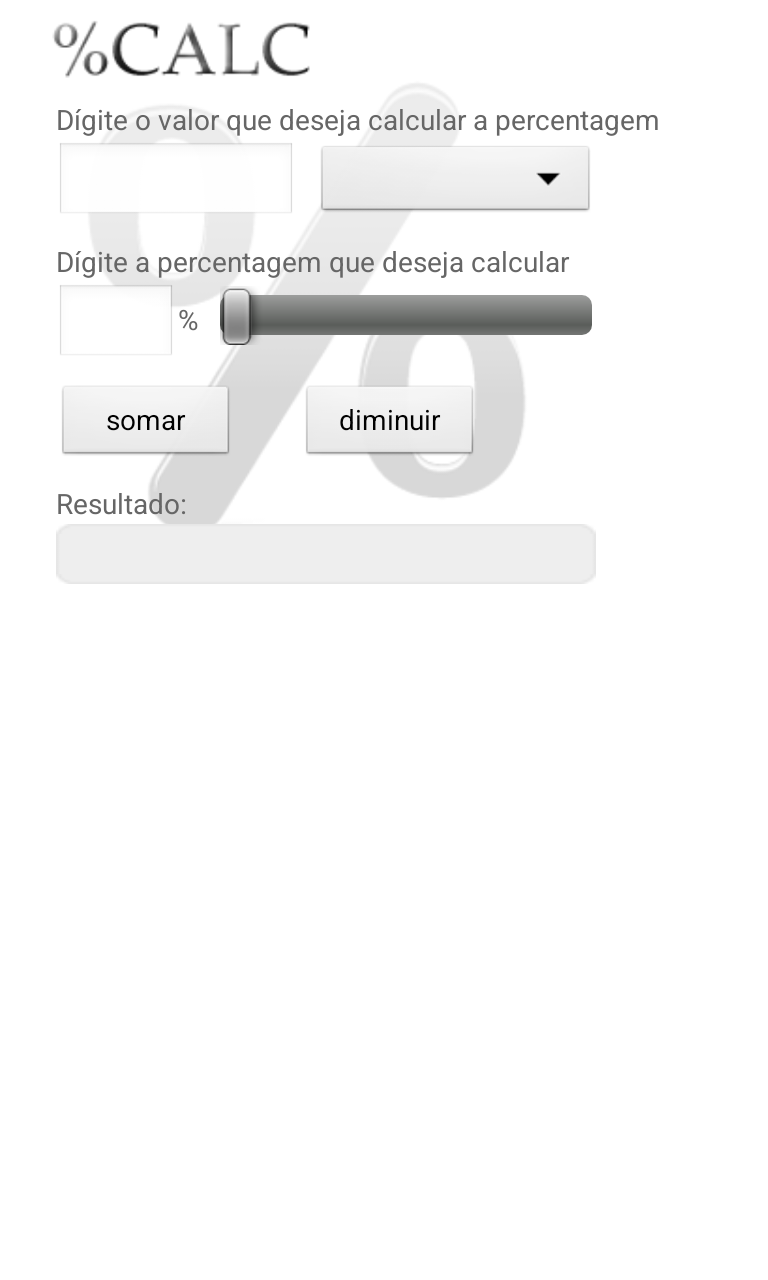
Repository: leoclaro/percentcalc
Layout: CalcularPercentagem/res/layout/main.xml
An editor plug-in stored every save of this project. The layout is shown before and after the next save, followed by the edit.
It is drawn on a 768 x 1280 px phone screen (xhdpi) without system bars, with theme android:Theme; the app's code is not run.

Above is the layout before, as saved 2012-05-10 14:07:51.

After the next save:
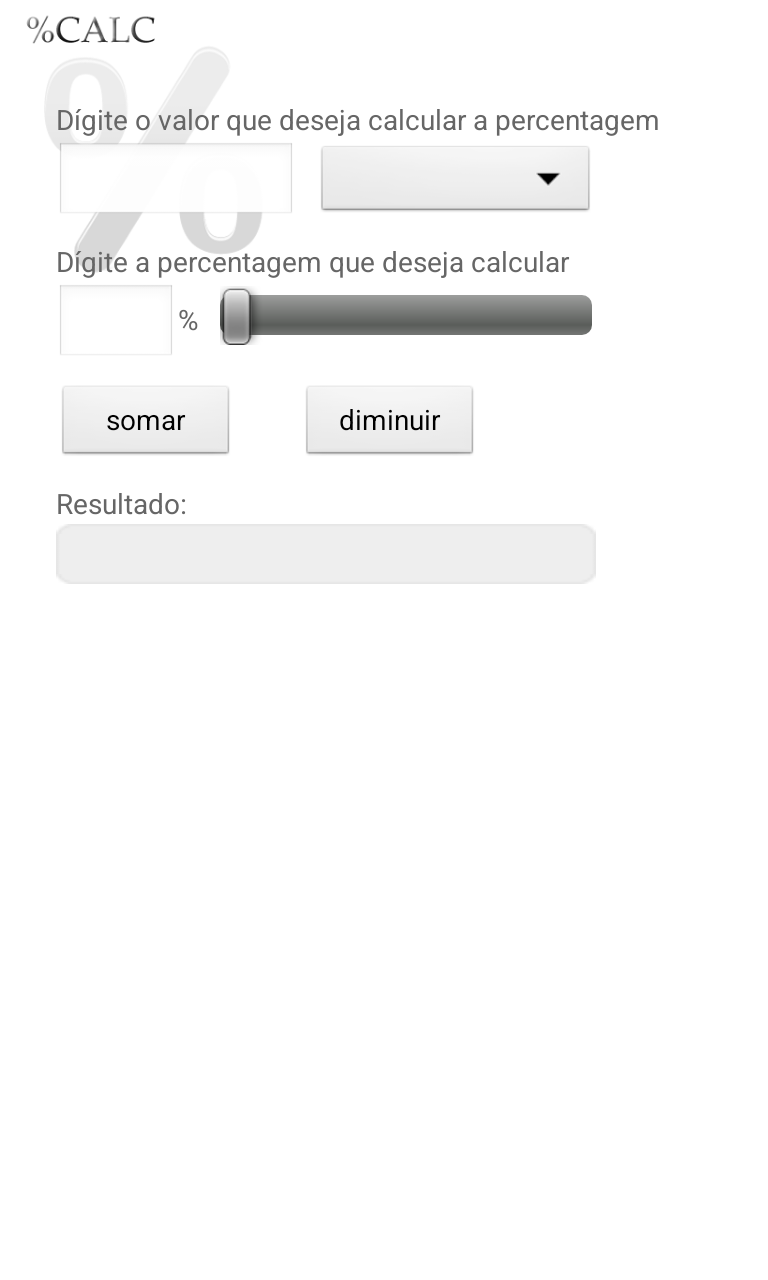
Saved 92 s later.
--- a/CalcularPercentagem/res/layout/main.xml
+++ b/CalcularPercentagem/res/layout/main.xml
@@ -6,8 +6,8 @@
 
     <ImageView
         android:id="@+id/imageViewBG"
-        android:layout_width="300dp"
-        android:layout_height="300dp"
+        android:layout_width="300px"
+        android:layout_height="300px"
         android:layout_marginTop="5dp"
         android:contentDescription="@string/image_bg"
         android:src="@drawable/bg" />

After the save that followed:
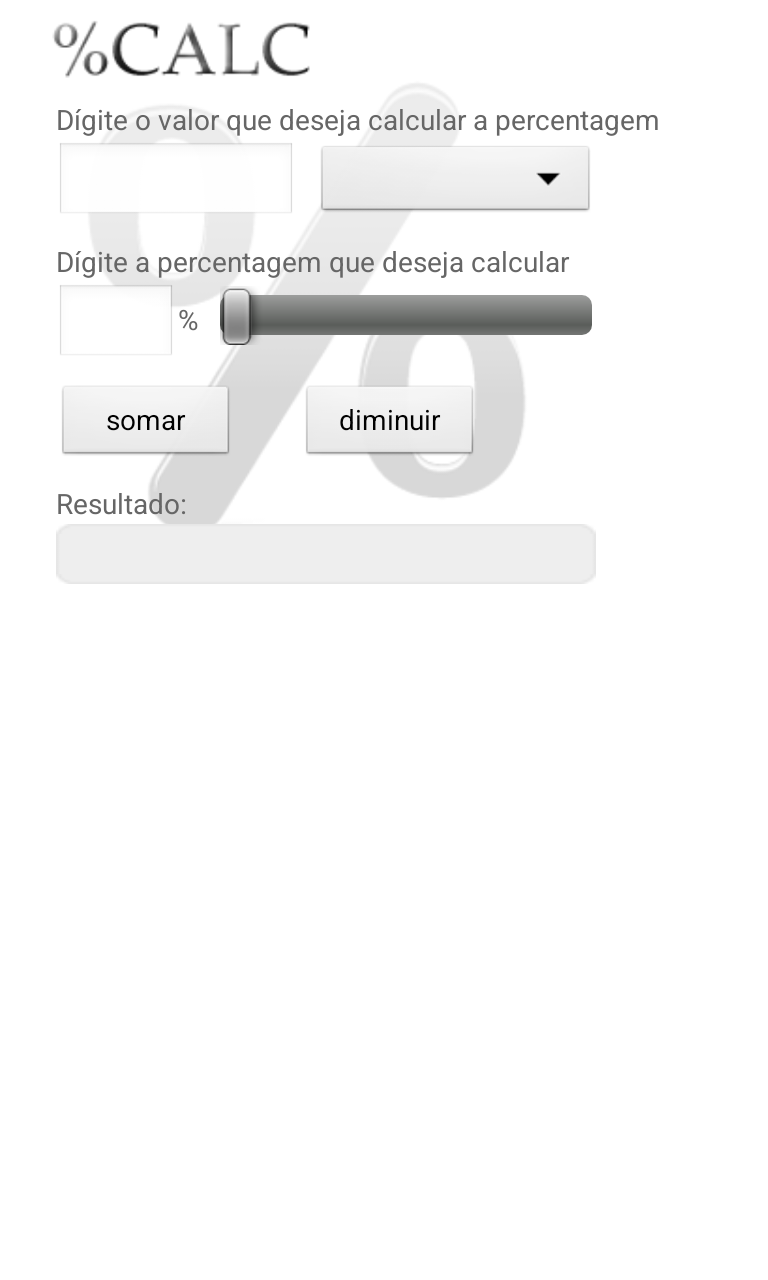
Saved 19 s later.
--- a/CalcularPercentagem/res/layout/main.xml
+++ b/CalcularPercentagem/res/layout/main.xml
@@ -6,8 +6,8 @@
 
     <ImageView
         android:id="@+id/imageViewBG"
-        android:layout_width="300px"
-        android:layout_height="300px"
+        android:layout_width="300dp"
+        android:layout_height="300dp"
         android:layout_marginTop="5dp"
         android:contentDescription="@string/image_bg"
         android:src="@drawable/bg" />
